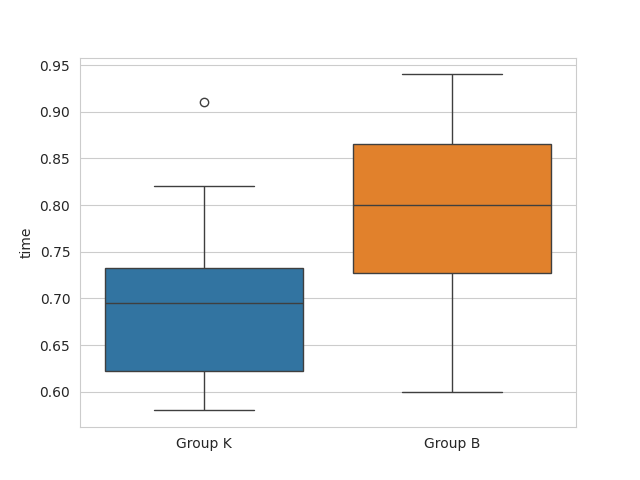
Repository: Kristina-Pianykh/DataScience
Script's output: python Uebungsblatt3/aufgabe2.py
The author's editor kept a copy of each file at every save. The script's output is drawn from the files as they stood at one save, then again after a run of saves.
Random numbers start from a fixed seed.

Above is the script's output before, as saved 2022-06-09 23:12:26.

After the next 2 saves:
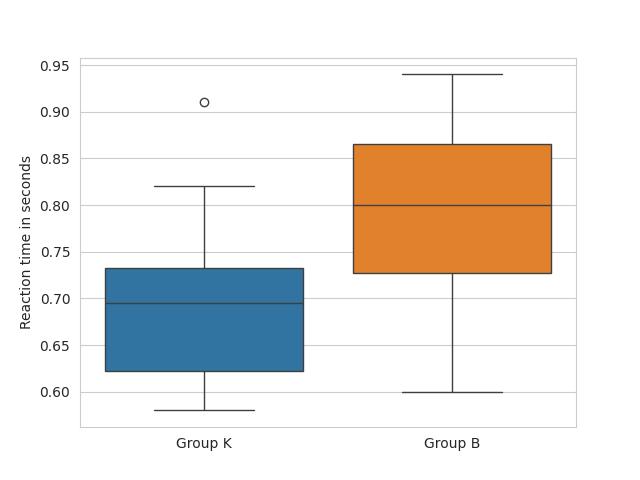
The 2 saves are shown as one change because they came seconds apart.
The last was saved 25 s later.
--- a/Uebungsblatt3/aufgabe2.py
+++ b/Uebungsblatt3/aufgabe2.py
@@ -33,9 +33,7 @@ print(f"p-value : {round(p, 4)}")
 # plt.show()
 
 data = pd.DataFrame({"Group K": K, "Group B": B})
-data.index.name = "time"
-print(data)
 sns.set_style("whitegrid")
 plot = sns.boxplot(data=data)
-plot.set_ylabel("time")
+plot.set_ylabel("Reaction time in seconds")
 plt.show()
